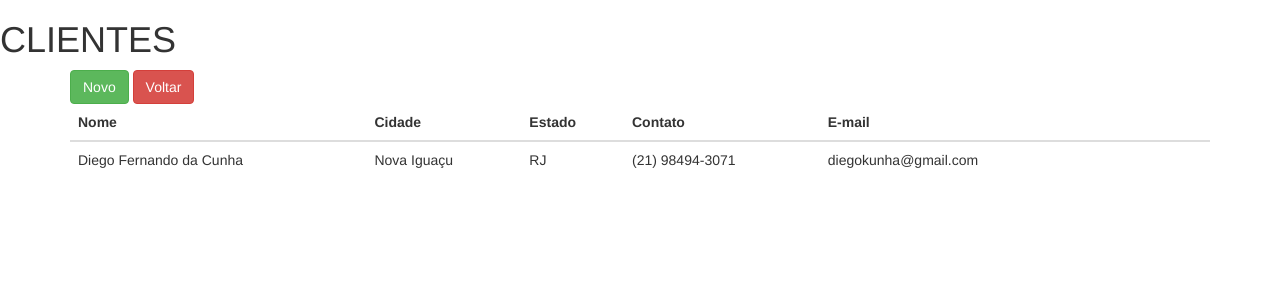
Repository: diegokunha/LojinhaGuru
Page: http://localhost/LojinhaGuru/clientes
These files come from the project's save history. The page is drawn as it stood at one moment and after the next save; the edit follows.
The browser window is 1280 px wide. The pictures show the whole page.
Some web libraries are served in a nearby version. The page is served by Tomcat 9. Other server files are loaded and not shown.

Above is the page before, as saved 2017-10-04 01:12:40.

### LojinhaGuru/WebContent/WEB-INF/views/jsp/clientes.jsp
<?xml version="1.0" encoding="utf-8" ?>
<%@ page language="java" contentType="text/html; charset=utf-8"
	pageEncoding="utf-8"%>
<!DOCTYPE html PUBLIC "-//W3C//DTD XHTML 1.0 Transitional//EN" "http://www.w3.org/TR/xhtml1/DTD/xhtml1-transitional.dtd">
<html xmlns="http://www.w3.org/1999/xhtml">
<head>
<meta http-equiv="Content-Type" content="text/html; charset=utf-8" />

<!-- Latest compiled and minified CSS -->
<link rel="stylesheet"
	href="https://maxcdn.bootstrapcdn.com/bootstrap/3.3.7/css/bootstrap.min.css" />

<!-- jQuery library -->
<script
	src="https://ajax.googleapis.com/ajax/libs/jquery/3.2.1/jquery.min.js"></script>

<!-- Latest compiled JavaScript -->
<script
	src="https://maxcdn.bootstrapcdn.com/bootstrap/3.3.7/js/bootstrap.min.js"></script>
<title>Insert title here</title>
</head>
<body>
	<h1>CLIENTES</h1>
	<div class="container">
		<form>

			<a href="adicionaCliente"><button type="button"
					class="btn btn-success">Novo</button></a> <a href="index"><button
					type="button" class="btn btn-danger">Voltar</button></a>

			<table class="table table-hover">
				<thead>
					<tr>
						<th>Nome</th>
						<th>Cidade</th>
						<th>Estado</th>
						<th>Contato</th>
						<th>E-mail</th>
						<th></th>
					</tr>
				</thead>
				<tbody>
					<tr>
						<td>Diego Fernando da Cunha</td>
						<td>Nova Iguaçu</td>
						<td>RJ</td>
						<td>(21) 98494-3071</td>
						<td>diegokunha@gmail.com</td>
						<td>
							<button type="button" class="btn btn-link"><span class="glyphicon glyphicons-pen" style="color:black" /></button>
							<button type="button" class="btn btn-link"><span class="glyphicon glyphicons-remove-sign" /></button>
						</td>
					</tr>
				</tbody>
			</table>
		</form>
	</div>
</body>
</html>

After the next save:
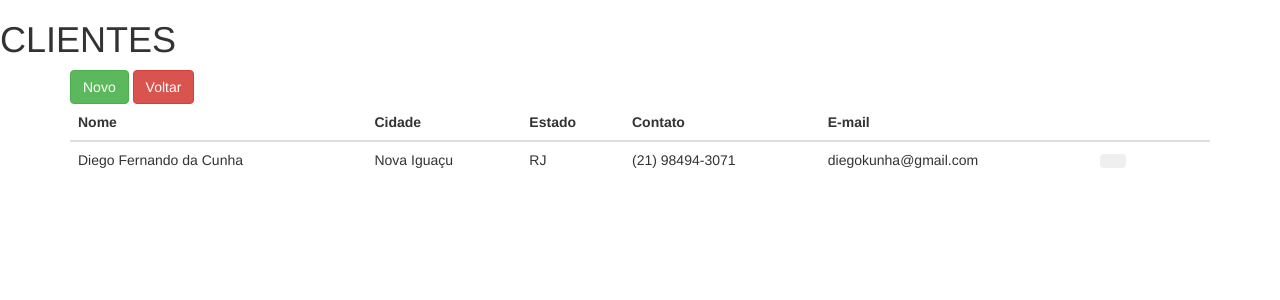
Saved 29 s later.
--- a/LojinhaGuru/WebContent/WEB-INF/views/jsp/clientes.jsp
+++ b/LojinhaGuru/WebContent/WEB-INF/views/jsp/clientes.jsp
@@ -47,7 +47,7 @@
 						<td>(21) 98494-3071</td>
 						<td>diegokunha@gmail.com</td>
 						<td>
-							<button type="button" class="btn btn-link"><span class="glyphicon glyphicons-pen" style="color:black" /></button>
+							<button type="button" class="btn"><span class="glyphicon glyphicons-pen" style="color:black" /></button>
 							<button type="button" class="btn btn-link"><span class="glyphicon glyphicons-remove-sign" /></button>
 						</td>
 					</tr>
